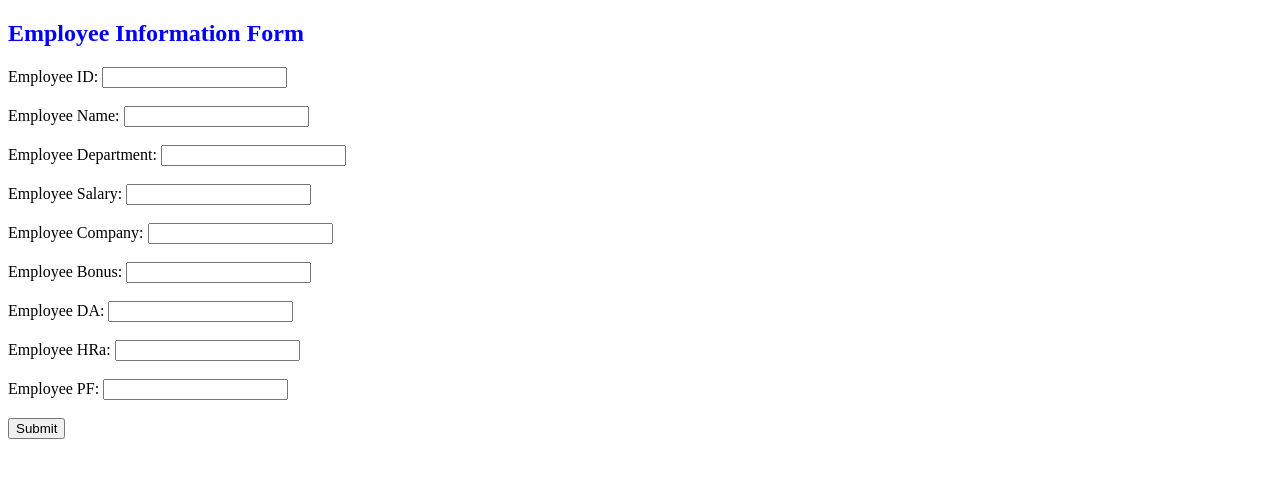
Repository: sohail1810/Product
Page: http://localhost/add-Emp
The author's editor kept a copy of each file at every save. The page is drawn from the files as they stood at one save, then again after the next save.
The browser window is 1280 px wide. The pictures show the whole page.
The page is this project's Thymeleaf template; nobody is signed in. The template is opened directly, without the code that normally fills it, so the values that code supplies are empty.

Above is the page before, as saved 2024-12-19 18:05:03.

After the next save:
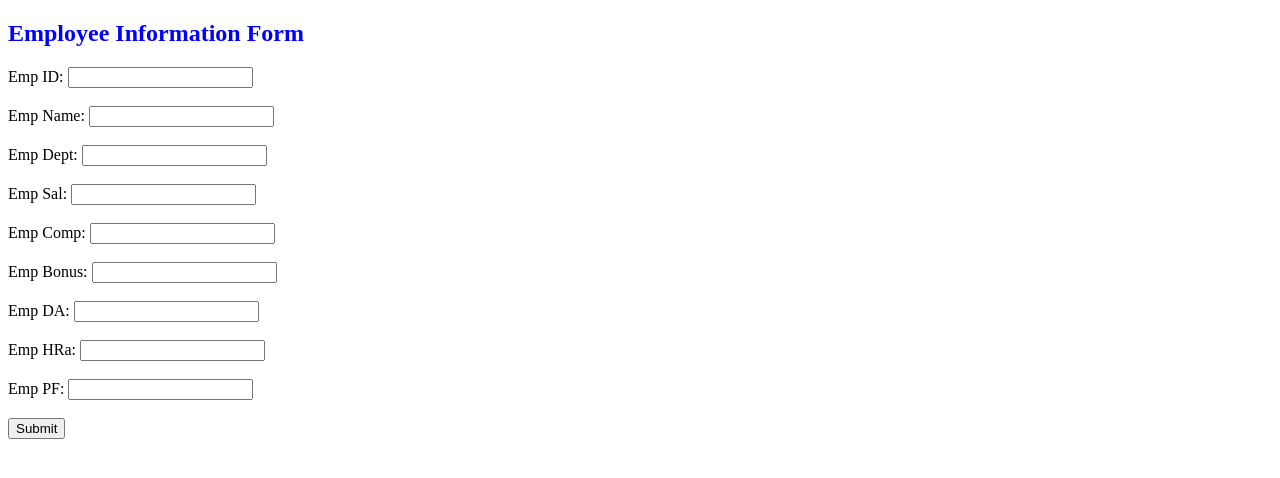
Saved 6 min 29 s later.
--- a/SpringBootMVC-2/src/main/resources/templates/add-Emp.html
+++ b/SpringBootMVC-2/src/main/resources/templates/add-Emp.html
@@ -18,35 +18,35 @@
 
     <form action="/saveEmployee" method="POST">
         <!-- Employee ID -->
-        <label for="emp_id">Employee ID:</label>
+        <label for="emp_id">Emp ID:</label>
         <input type="text" id="emp_id" name="empId" required><br><br>
 
         <!-- Employee Name -->
-        <label for="emp_name">Employee Name:</label>
+        <label for="emp_name">Emp Name:</label>
         <input type="text" id="emp_name" name="empName" required><br><br>
 
         <!-- Employee Department -->
-        <label for="emp_dept">Employee Department:</label>
+        <label for="emp_dept">Emp Dept:</label>
         <input type="text" id="emp_dept" name="empDept" required><br><br>
 
         <!-- Employee Salary -->
-        <label for="emp_salary">Employee Salary:</label>
+        <label for="emp_salary">Emp Sal:</label>
         <input type="number" id="emp_salary" name="empSal" required><br><br>
 
         <!-- Employee Company -->
-        <label for="emp_company">Employee Company:</label>
+        <label for="emp_company">Emp Comp:</label>
         <input type="text" id="emp_company" name="empComp" required><br><br>
 
-        <label for="empBonus">Employee Bonus:</label>
+        <label for="empBonus">Emp Bonus:</label>
         <input type="text" id="empBonus" name="empBonus" required><br><br>
 
-        <label for="empDa">Employee DA:</label>
+        <label for="empDa">Emp DA:</label>
         <input type="text" id="empDa" name="empDa" required><br><br>
 
-        <label for="empHra">Employee HRa:</label>
+        <label for="empHra">Emp HRa:</label>
         <input type="text" id="empHra" name="empHra" required><br><br>
 
-        <label for="empPf">Employee PF:</label>
+        <label for="empPf">Emp PF:</label>
         <input type="text" id="empPf" name="empPf" required><br><br>
 
         <button type="submit">Submit</button>
